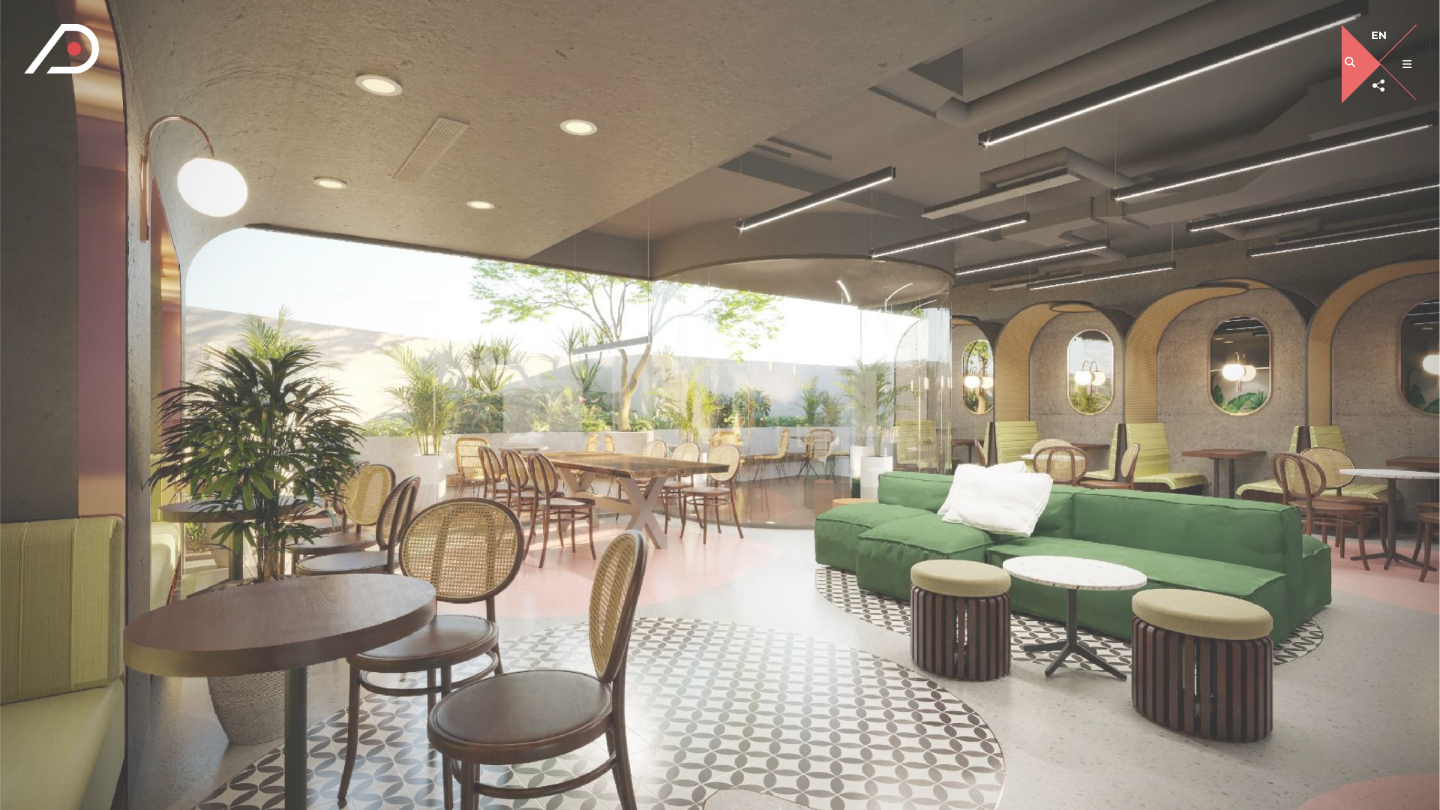
Repository: iphoneboy46/demoMonaFigma
Page: index.html
An editor plug-in stored every save of this project. The page is shown before and after the next save, followed by the edit.
The browser window is 1280 px wide. The page is 1920 px wide, so the pictures cover 1920 px, including what lies to the right of the window. The pictures show the whole page, at 75% of full size.
Some web libraries are served in a nearby version.

Above is the page before, as saved 2023-03-20 12:41:46.

After the next save:
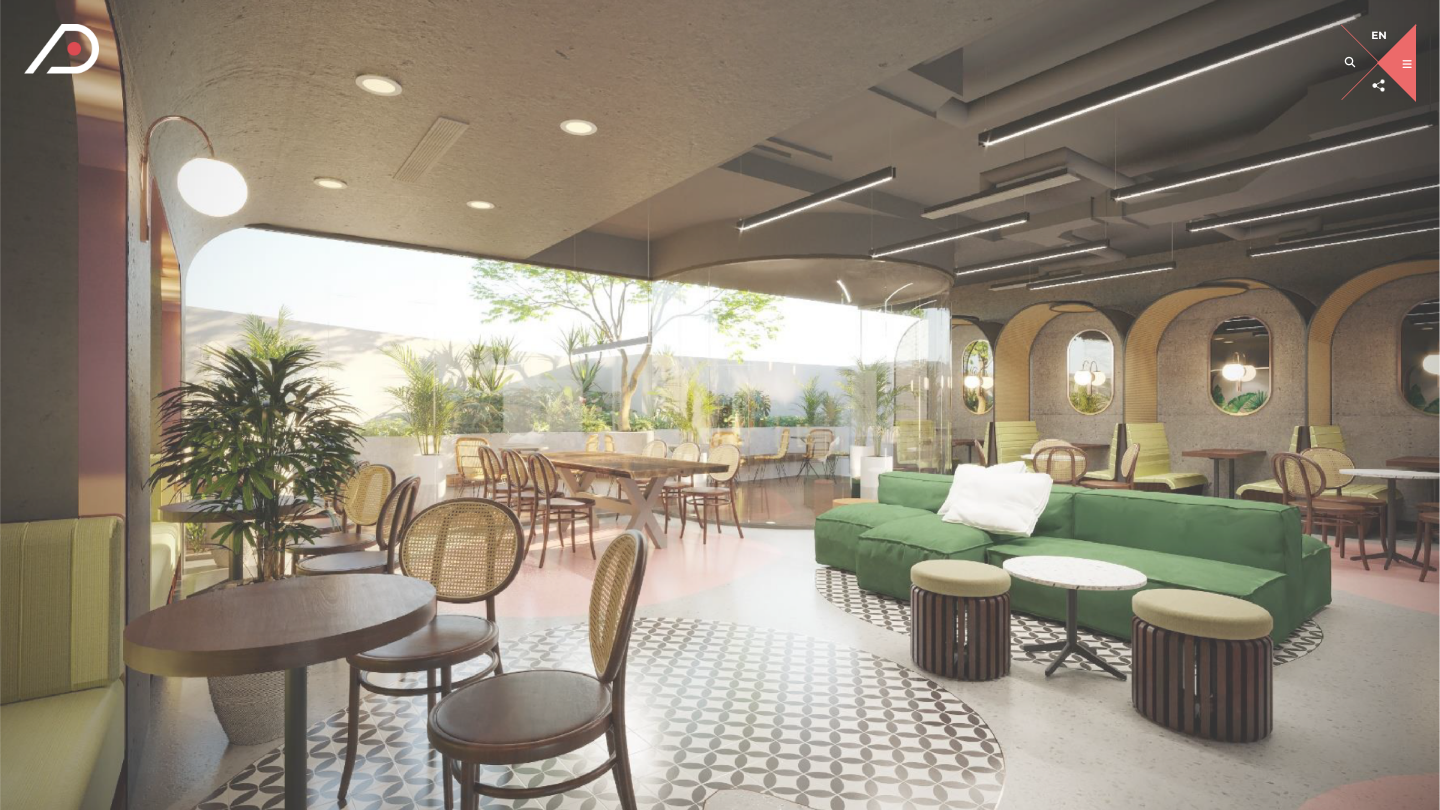
Saved 19 s later.
--- a/style.css
+++ b/style.css
@@ -120,7 +120,7 @@ header::after {
     height: 0;
     border-top: 52px solid transparent;
     border-bottom: 52px solid transparent;
-    border-left: 52px solid#E84545;
+    border-left: 52px solid transparent;
     position: absolute;
     transform: translate(50%, 50%);
     top: -50px;
@@ -138,7 +138,7 @@ header::after {
     height: 0;
     border-top: 52px solid transparent;
     border-bottom: 52px solid transparent;
-    border-right: 52px solid transparent;
+    border-right: 52px solid #E84545;
     position: absolute;
     right: -50px;
 
